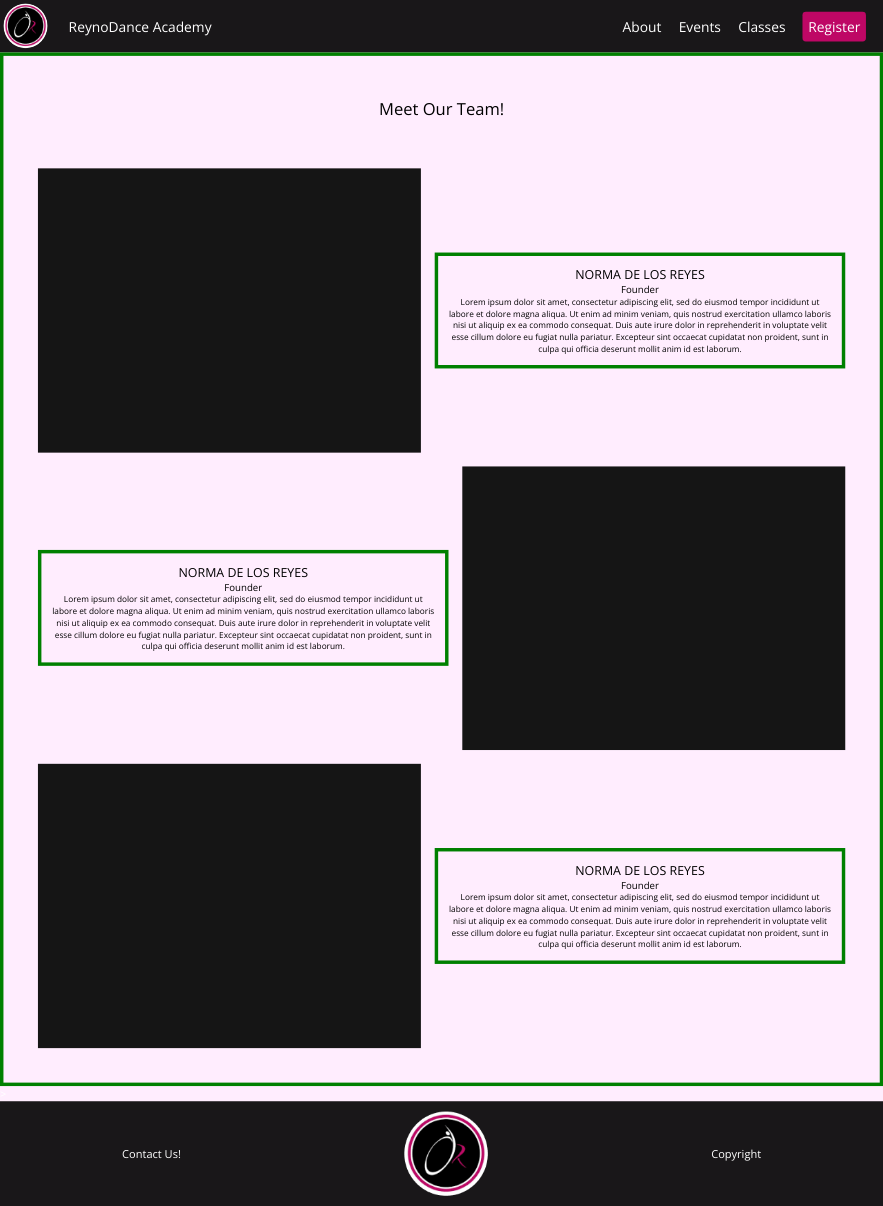
Repository: andreaelpz/reynodance-academy
Page: /about
An editor plug-in stored every save of this project. The page is shown before and after the next save, followed by the edit.
The browser window is 1280 px wide. The pictures show the whole page, at 69% of full size.
The project was rebuilt for these pictures with package versions that can differ from the ones it lists, and the page was loaded fresh each time. Also part of the build but not shown: angular.json, src/app/classes/classes.component.ts, src/app/events/events.component.ts, src/app/sign-in/sign-in.component.ts, src/app/dashboard/dashboard.component.ts, src/app/home/home.component.ts, src/app/user/register/register.component.ts, src/app/login/login.component.ts.

Above is the page before, as saved 2024-11-18 21:08:15.

### src/index.html
<!doctype html>
<html lang="en">
<head>
  <meta charset="utf-8">
  <title>ReynodanceAcademy</title>
  <base href="/">
  <meta name="viewport" content="width=device-width, initial-scale=1">
  <link rel="icon" type="image/x-icon" href="favicon.ico">
</head>
<body>
  <app-root></app-root>
</body>
</html>

### src/styles.css
/* You can add global styles to this file, and also import other style files */
@import url('https://fonts.googleapis.com/css2?family=Open+Sans:wght@300;400;500;600;700;800&display=swap');

:root {
  --black: rgb(0,0,0,.9);
  --lightPink: #FFEDFE;
  --hotPink: #BE0765;
}

body {
  margin: 0;
  background: var(--lightPink);
  font-family: 'Open Sans', sans-serif;
  font-weight: 300;
  color: white;
}

### src/app/app.module.ts
import { NgModule } from '@angular/core';
import { BrowserModule } from '@angular/platform-browser';
import { FormsModule } from '@angular/forms';
import { AppRoutingModule } from './app-routing.module';

import { AppComponent } from './app.component';
import { NavbarComponent } from './navbar/navbar.component';
import { AboutComponent } from './about/about.component';
import { ClassesComponent } from './classes/classes.component';
import { EventsComponent } from './events/events.component';
import { RegisterComponent } from './user/register/register.component';
import { LoginComponent } from './login/login.component';
import { SignInComponent } from './sign-in/sign-in.component';
import { DashboardComponent } from './dashboard/dashboard.component';
import { HomeComponent } from './home/home.component';
import { FooterComponent } from './footer/footer.component';

@NgModule({
  declarations: [
    AppComponent,
    NavbarComponent,
    AboutComponent,
    ClassesComponent,
    EventsComponent,
    RegisterComponent,
    LoginComponent,
    SignInComponent,
    DashboardComponent,
    HomeComponent,
    FooterComponent
  ],
  imports: [
    BrowserModule,
    AppRoutingModule,
    FormsModule
  ],
  providers: [],
  bootstrap: [AppComponent]
})
export class AppModule { }

### src/app/app-routing.module.ts
import { NgModule } from '@angular/core';
import { RouterModule, Routes } from '@angular/router';
import { AboutComponent } from './about/about.component';
import { ClassesComponent } from './classes/classes.component';
import { EventsComponent } from './events/events.component';
import { SignInComponent } from './sign-in/sign-in.component';
import { DashboardComponent } from './dashboard/dashboard.component';
import { HomeComponent } from './home/home.component';
import { RegisterComponent } from './user/register/register.component';

const routes: Routes = [
  {path: 'about', component: AboutComponent, title:"About - ReynoDance"},
  {path: 'classes', component: ClassesComponent, title:"Classes - ReynoDance"},
  {path: 'events', component: EventsComponent, title:"Events - ReynoDance"},
  {path: 'register', component: RegisterComponent, title:"Register - ReynoDance"},
  {path: 'sign-in', component: SignInComponent, title:"Sign-In - ReynoDance"},
  {path: 'dashboard', component: DashboardComponent, title:"Dashboard - ReynoDance"},
  {path: '', component: HomeComponent, title:"ReynoDance Academy"}
];

@NgModule({
  imports: [RouterModule.forRoot(routes)],
  exports: [RouterModule]
})
export class AppRoutingModule { }

### src/app/app.component.ts
import { Component } from '@angular/core';

@Component({
  selector: 'app-root',
  templateUrl: './app.component.html',
  styleUrls: ['./app.component.css']
})
export class AppComponent {
  title = 'reynodance-academy';
}

### src/app/navbar/navbar.component.html
<div class = "container">
  <div class = "left">
    <a href = ""> <img class = "logo" src="/assets/images/logo.png" alt="Logo"/> </a>
    <a href = "">ReynoDance Academy</a>
  </div>
  <div class = "right">
    <a href = "/about">About</a>
    <a href = "/events">Events</a>
    <a href = "/classes">Classes</a>
    <a class = "register" href = "/register">Register</a>
  </div>
</div>

### src/app/navbar/navbar.component.css
.container{
  display: flex;
  justify-content: space-between;
  font-size: 20px;
  background-color: var(--black);
}

.left{
  display: flex;
  align-items: center;
  margin-left: 5px;
}

.left *{
  margin-right: 15px;
}

.logo{
  height: 65px;
  border-radius: 100%;
  margin-top: 5px;
}

.right{
  display: flex;
  align-items: center;
  margin-right: 25px;
}

.right *{
  margin-left: 25px;
}

a{
  text-decoration: none;
  color: white;
}

.register{
  background-color: var(--hotPink);
  padding: 8px;
  border-radius: 5px;
}

.register:hover{
  border-color: 10px solid var(--hotPink);
  background-color: #FFEDFE;
  color: var(--hotPink);
  font-size: 18px;
  font-weight: 400;
  border-color: var(--hotPink)
}

### src/app/about/about.component.html
<div class = "container">
    <div class = "title">Meet Our Team!</div>
    <div class = "norma">
        <img class = "normaPhoto" src="/assets/images/norma.png">
        <div class = "normaTitle">NORMA DE LOS REYES
            <div class = "normaPos">Founder</div>
            <div class = "normaInfo">Lorem ipsum dolor sit amet, consectetur adipiscing elit, sed do eiusmod tempor incididunt ut labore et dolore magna aliqua. Ut enim ad minim veniam, quis nostrud exercitation ullamco laboris nisi ut aliquip ex ea commodo consequat. Duis aute irure dolor in reprehenderit in voluptate velit esse cillum dolore eu fugiat nulla pariatur. Excepteur sint occaecat cupidatat non proident, sunt in culpa qui officia deserunt mollit anim id est laborum.</div>
        </div>
    </div>

    <div class = "norma">
        <div class = "normaTitle">NORMA DE LOS REYES
            <div class = "normaPos">Founder</div>
            <div class = "normaInfo">Lorem ipsum dolor sit amet, consectetur adipiscing elit, sed do eiusmod tempor incididunt ut labore et dolore magna aliqua. Ut enim ad minim veniam, quis nostrud exercitation ullamco laboris nisi ut aliquip ex ea commodo consequat. Duis aute irure dolor in reprehenderit in voluptate velit esse cillum dolore eu fugiat nulla pariatur. Excepteur sint occaecat cupidatat non proident, sunt in culpa qui officia deserunt mollit anim id est laborum.</div>
        </div>
        <img class = "normaPhoto" src="/assets/images/norma.png">
    </div>

    <div class = "norma">
        <img class = "normaPhoto" src="/assets/images/norma.png">
        <div class = "normaTitle">NORMA DE LOS REYES
            <div class = "normaPos">Founder</div>
            <div class = "normaInfo">Lorem ipsum dolor sit amet, consectetur adipiscing elit, sed do eiusmod tempor incididunt ut labore et dolore magna aliqua. Ut enim ad minim veniam, quis nostrud exercitation ullamco laboris nisi ut aliquip ex ea commodo consequat. Duis aute irure dolor in reprehenderit in voluptate velit esse cillum dolore eu fugiat nulla pariatur. Excepteur sint occaecat cupidatat non proident, sunt in culpa qui officia deserunt mollit anim id est laborum.</div>
        </div>
    </div>
</div>>

### src/app/about/about.component.css
.container{
  color: black;
  display:flex;
  flex-direction: column;
  align-items: center;
  padding: 30px 50px 50px 50px;
  border: 5px solid green;
}

.title{
  font-size: 24px;
  margin: 30px 40px 50px 40px;
  font-weight: 400;
}

.norma{
  display:flex;
  justify-content: space-between;
  align-items: center;
  margin-top: 20px;
  gap: 20px;
}

.normaPhoto{
  width: 50%;
}

.normaTitle{
  display:flex;
  flex-direction: column;
  align-items: center;
  border: 5px solid green;
  padding: 15px;
  width: 50%;
  font-size: 18px;
}

.normaPos{
  display: flex;
  font-size: 14px;
}

.normaInfo{
  display: flex;
  text-align: center;
  font-size: 12px;
}

### src/app/footer/footer.component.html
<div class = "container">
    <div class = "links">Contact Us!</div>
    <img class = "logo" src="/assets/images/logo.png">
    <div class = "copyright">Copyright</div>
</div>

### src/app/footer/footer.component.css
.container{
    background-color: var(--black);
    display: flex;
    flex-direction: row;
    justify-content: space-around;
    padding: 15px;
    align-items: center;
}

Loaded but not shown: src/main.ts (common file); src/app/navbar/navbar.component.ts (common file); src/app/about/about.component.ts (common file); src/app/footer/footer.component.ts (common file); src/app/app.component.html (common file); src/app/app.component.css (no copy from this time; the picture is the same without it)

After the next save:
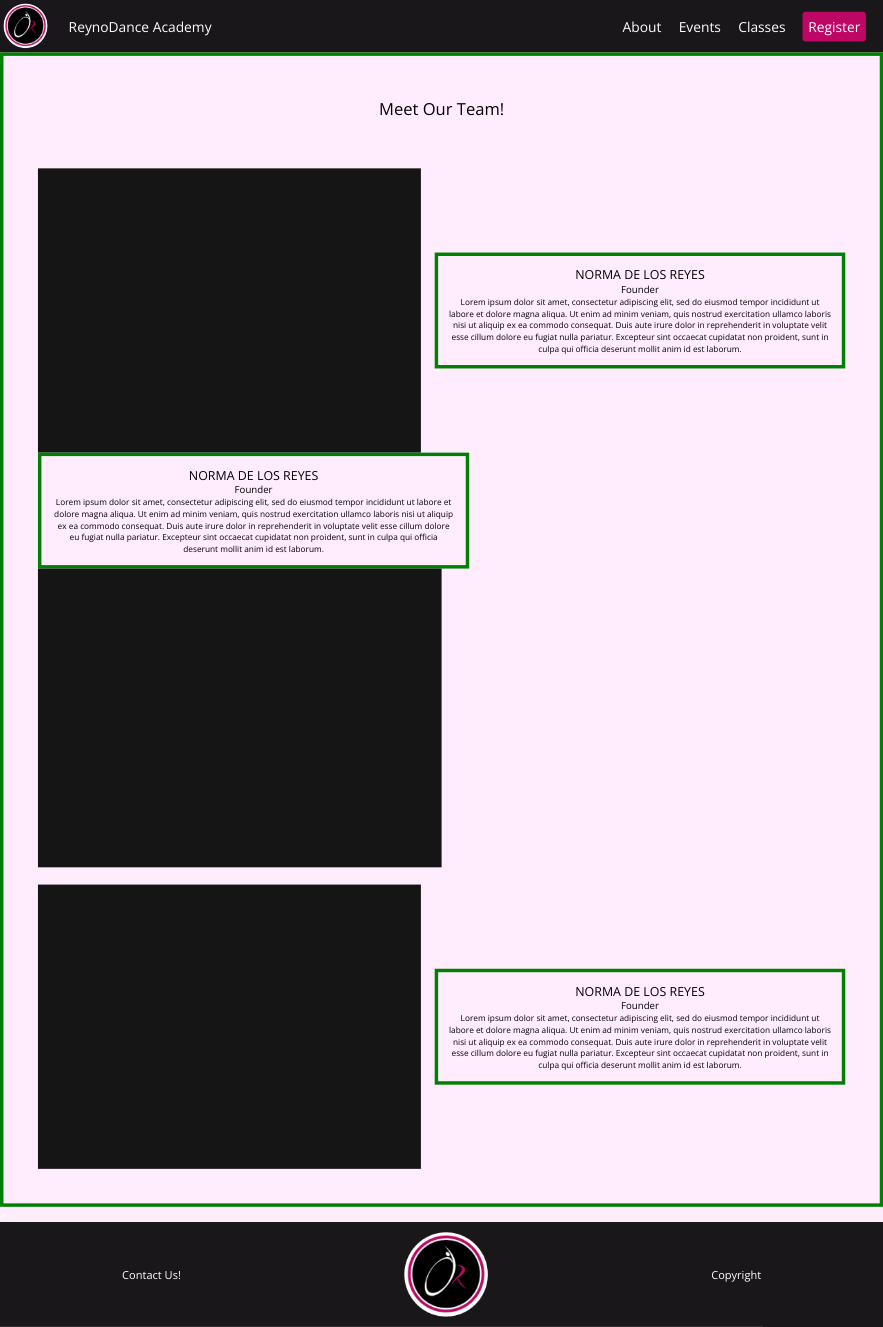
Saved 19 s later.
--- a/src/app/about/about.component.html
+++ b/src/app/about/about.component.html
@@ -8,7 +8,7 @@
         </div>
     </div>
 
-    <div class = "norma">
+    <div class = "marcela">
         <div class = "normaTitle">NORMA DE LOS REYES
             <div class = "normaPos">Founder</div>
             <div class = "normaInfo">Lorem ipsum dolor sit amet, consectetur adipiscing elit, sed do eiusmod tempor incididunt ut labore et dolore magna aliqua. Ut enim ad minim veniam, quis nostrud exercitation ullamco laboris nisi ut aliquip ex ea commodo consequat. Duis aute irure dolor in reprehenderit in voluptate velit esse cillum dolore eu fugiat nulla pariatur. Excepteur sint occaecat cupidatat non proident, sunt in culpa qui officia deserunt mollit anim id est laborum.</div>
